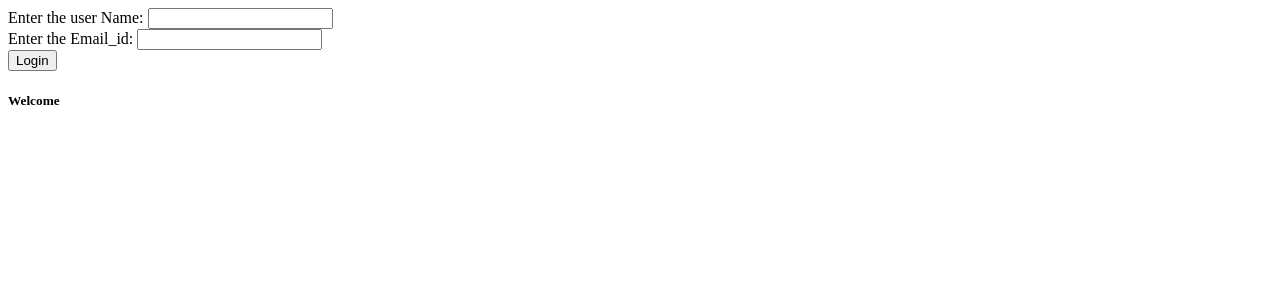
Repository: madhuri777/jdbc
Page: WebPage/WebContent/index.html
An editor plug-in stored every save of this project. The page is shown before and after the next save, followed by the edit.
The browser window is 1280 px wide. The pictures show the whole page.

Above is the page before, as saved 2018-05-22 11:01:41.

### WebPage/WebContent/index.html
<!DOCTYPE html>
<html>
<head>
<meta charset="UTF-8">
<title>Insert title here</title>
</head>
<body>
<form action="welcomepage" method="get">
Enter the user Name: <input type="text" value="" name="userName"><br>
Enter the Email_id: <input type="email" value="" name="email"><br>
<input type="submit" value="Login">
</form>
<h5>Welcome</h5>
</body>
</html>

After the next save:
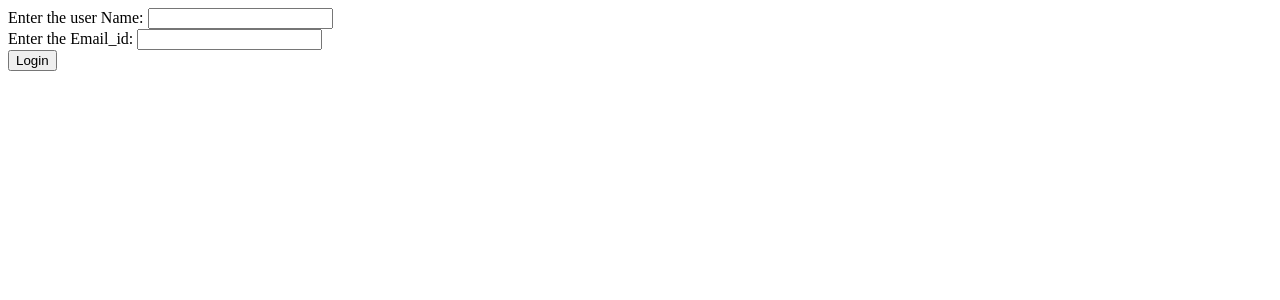
Saved 8 min 1 s later.
--- a/WebPage/WebContent/index.html
+++ b/WebPage/WebContent/index.html
@@ -10,6 +10,6 @@
 Enter the Email_id: <input type="email" value="" name="email"><br>
 <input type="submit" value="Login">
 </form>
-<h5>Welcome</h5>
+
 </body>
 </html>
